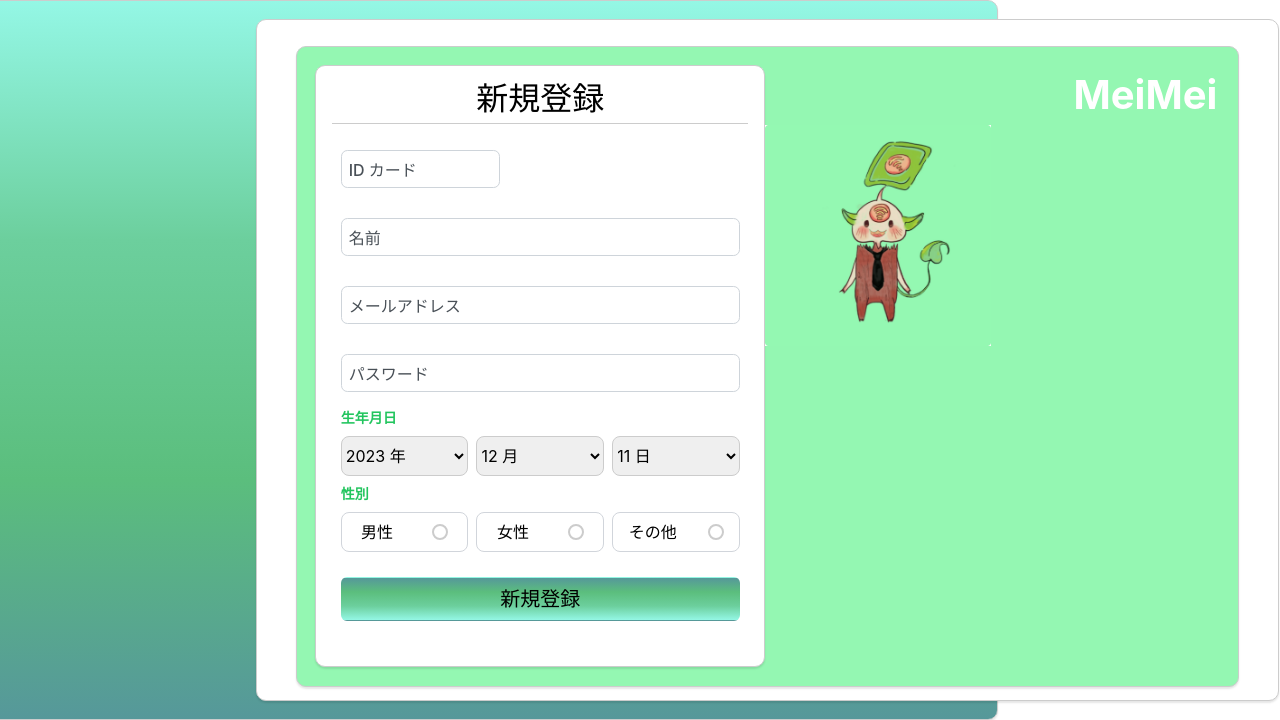
Repository: 3conangxindep/MeiMei
Page: /signUpPage (app in client/)
An editor plug-in stored every save of this project. The page is shown before and after the next save, followed by the edit.
The browser window is 1280 px wide. The pictures show the whole page.
The project was rebuilt for these pictures with package versions that can differ from the ones it lists, and the page was loaded fresh each time. Also part of the build but not shown: client/src/App.css, client/src/components/LoginPage/LoginPage.jsx, client/src/components/HomePage/HeaderPage/ShowMenu.css, client/src/components/HomePage/HeaderPage/ShowMenu.jsx, client/src/components/HomePage/HeaderPage/NotifiCation.css, client/src/components/HomePage/HeaderPage/NotifiCation.jsx, client/src/components/HomePage/HeaderPage/Header.css, client/src/components/HomePage/HeaderPage/Header.jsx and 22 more.

Above is the page before, as saved 2023-12-16 05:09:42.

After the next save:
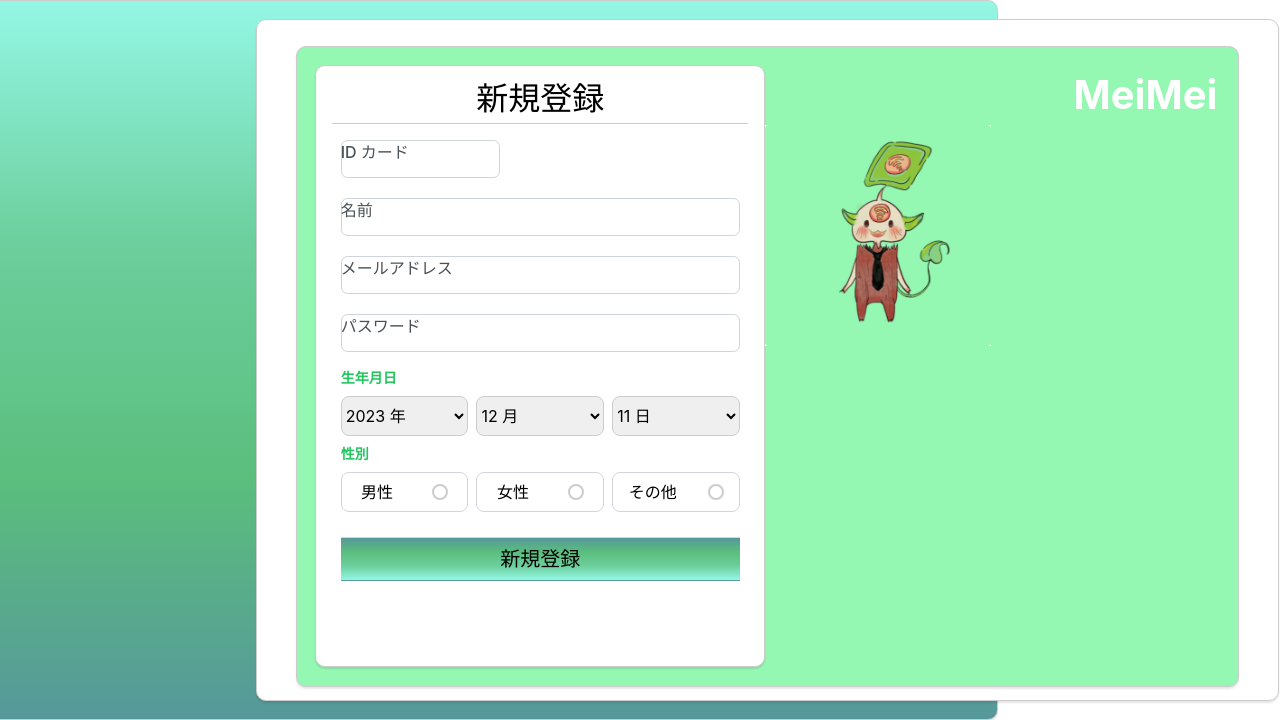
Saved 10 s later.
--- a/client/src/components/SignUpPage/SignUpPage.css
+++ b/client/src/components/SignUpPage/SignUpPage.css
@@ -70,12 +70,12 @@
     width: 100%;
     display: flex;
     flex-direction: column;
-    margin-top: 10px;
+    /* margin-top: 10px; */
   }
 .Label-sign{
     position: absolute;
     font-weight: 500;
-    margin:0.5rem;
+    /* margin:0.5rem; */
     color: #495057;
     transition: transform 0.3s, font-size 0.3s;
 }
@@ -103,7 +103,7 @@
 .FormInput:focus {
   border-color: #80bdff;
   outline: 0;
-  box-shadow: 0 0 0 0.2rem rgba(0, 123, 255, 0.25);
+  box-shadow: 0 0 0 0.2rem rgba(0, 255, 0, 0.25);
 }
 .FormError {
   color: #dc3545;
@@ -122,7 +122,7 @@
   vertical-align: middle;
   cursor: pointer;
   border: 1px solid transparent;
-  border-radius: 6px;
+  /* border-radius: 6px; */
   color: #000000;
   background-image: linear-gradient(to top,#94F7E5,#6CCF9D,#5BBE7D,#56989A);
   transition: color 0.15s ease-in-out, background-color 0.15s ease-in-out,
@@ -136,6 +136,7 @@
   color: #fff;
   background-image: linear-gradient(to top,#62b1a2,#265f55);
   border-color: #68dd7b;
+  box-shadow: 0 0 0 0.2rem rgba(0, 255, 123, 0.25);
 }
 a{
     color: #161716;
